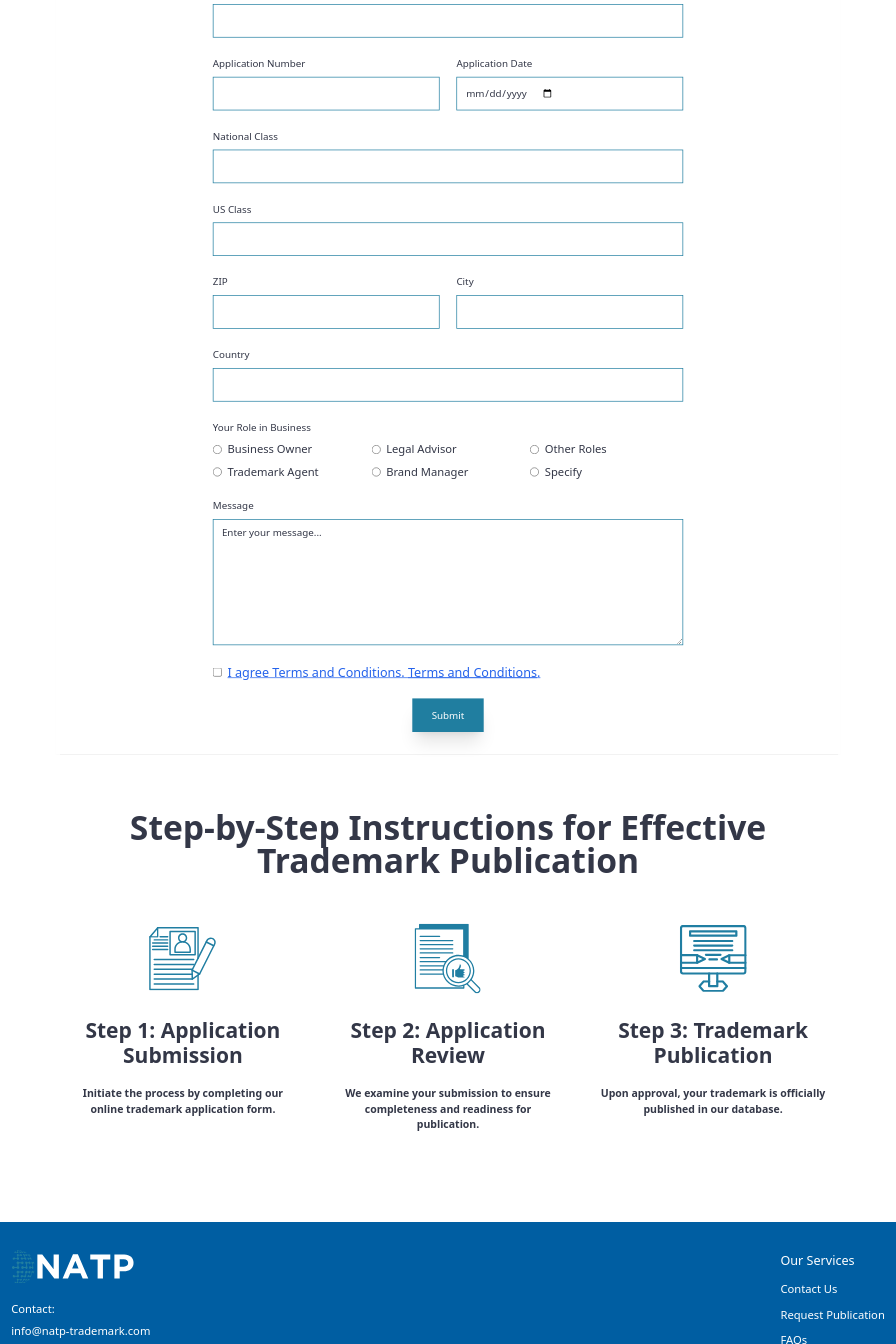
Repository: raushan22882917/natp-preview
Page: /apply
An editor plug-in stored every save of this project. The page is shown before and after the next save, followed by the edit.
The browser window is 1280 px wide. The pictures show the part of the page from y = 1254 to 3174 px (the page is 3341 px tall), at 70% of full size.
The project was rebuilt for these pictures with package versions that can differ from the ones it lists, and the page was loaded fresh each time. Also part of the build but not shown: vite.config.ts, src/components/ui/tooltip.tsx, src/components/Hero.tsx, src/hooks/use-hash-scroll.tsx, src/pages/Index.tsx, src/pages/About.tsx, src/components/TrademarkCard.tsx, src/pages/Search.tsx and 31 more.

Above is the page before, as saved 2025-05-10 23:52:09.

### index.html
<!DOCTYPE html>
<html lang="en">
  <head>
    <meta charset="UTF-8" />
    <meta name="viewport" content="width=device-width, initial-scale=1.0" />
    <title>NATP</title>
    <meta name="description" content="Trademark Publication and Registration Services" />
    <meta name="author" content="Trademark Publication" />
    <link rel="icon" type="image/png" href="/trade.png" />
    <link rel="apple-touch-icon" href="/trade.png" />

    <meta property="og:title" content="Trademark Publication" />
    <meta property="og:description" content="Trademark Publication and Registration Services" />
    <meta property="og:type" content="website" />
    <meta property="og:image" content="/images/og-image.png" />

    <meta name="twitter:card" content="summary_large_image" />
    <meta name="twitter:image" content="/images/og-image.png" />

    <!-- Start Single Page Apps for GitHub Pages -->
    <script type="text/javascript">
      // Single Page Apps for GitHub Pages/Vercel
      // MIT License
      // https://github.com/rafgraph/spa-github-pages
      (function(l) {
        if (l.search[1] === '/' ) {
          var decoded = l.search.slice(1).split('&').map(function(s) {
            return s.replace(/~and~/g, '&')
          }).join('?');
          window.history.replaceState(null, null,
              l.pathname.slice(0, -1) + decoded + l.hash
          );
        }
      }(window.location))
    </script>
    <!-- End Single Page Apps for GitHub Pages -->
  </head>

  <body>
    <div id="root"></div>
    <script type="module" src="/src/main.tsx"></script>
  </body>
</html>

### src/components/ui/toaster.tsx
import { useToast } from "@/hooks/use-toast"
import {
  Toast,
  ToastClose,
  ToastDescription,
  ToastProvider,
  ToastTitle,
  ToastViewport,
} from "@/components/ui/toast"

export function Toaster() {
  const { toasts } = useToast()

  return (
    <ToastProvider>
      {toasts.map(function ({ id, title, description, action, ...props }) {
        return (
          <Toast key={id} {...props}>
            <div className="grid gap-1">
              {title && <ToastTitle>{title}</ToastTitle>}
              {description && (
                <ToastDescription>{description}</ToastDescription>
              )}
            </div>
            {action}
            <ToastClose />
          </Toast>
        )
      })}
      <ToastViewport />
    </ToastProvider>
  )
}

### src/pages/Apply.tsx
import { useState } from "react";
import { Navbar } from "@/components/Navbar";
import { Input } from "@/components/ui/input";
import { Button } from "@/components/ui/button";
import { Checkbox } from "@/components/ui/checkbox";
import { Textarea } from "@/components/ui/textarea";
import { Label } from "@/components/ui/label";
import { handleApplicationSubmit } from "@/lib/form-handlers";
import { Footer } from "@/components/Footer";

export default function Apply() {
  const [formData, setFormData] = useState({
    first_name: "",
    last_name: "",
    email: "",
    phone: "",
    company: "",
    trademark: "",
    application_number: "",
    application_date: "",
    class: "",
    us_class: "",
    zip: "",
    city: "",
    country: "",
    role: "",
    message: "",
    agree: false,
  });

  const handleSubmit = async (e: React.FormEvent) => {
    e.preventDefault();
    if (await handleApplicationSubmit(formData)) {
      setFormData({
        first_name: "",
        last_name: "",
        email: "",
        phone: "",
        company: "",
        trademark: "",
        application_number: "",
        application_date: "",
        class: "",
        us_class: "",
        zip: "",
        city: "",
        country: "",
        role: "",
        message: "",
        agree: false,
      });
    }
  };

  return (
    <div className="min-h-screen">
      <Navbar />

      {/* Hero Section */}
      <div className=" min-h-[200px] flex items-center justify-center">
        <div className="text-center">
          <h1 className="text-3xl md:text-6xl font-semibold  mb-6 text-[#333747]">
          Application To Publish Your Trademark
          </h1>
          <p className="text-[20px] text-[#333747]">
          Submit your trademark to our exclusive database and enhance brand visibility today.
          </p>
        </div>
      </div>

      <div className="max-w-6xl mx-auto py-12 px-4">
        <div className="mb-12">

          <h2 className="text-5xl font-semibold mb-6 text-[#333747]">
          Strengthen Brand Visibility Through Trademark Publication
          </h2>
          <p className="text-[#333747] text-lg mb-10 font-semibold">
          The publication of a trademark is a key measure for establishing brand recognition and building credibility. By making your trademark publicly accessible, you position your brand for increased distinction within a competitive market environment.
          </p>
          <ul className="space-y-2">
            <li className="flex items-center gap-2">
              <div className="w-7 h-7 flex items-center justify-center">
                <img
                  src="/images/1.svg"
                  alt=""
                />
              </div>
              <span className="font-semibold text-[#333747]">
                Enhance recognition and strengthen your brand’s position in the market.
              </span>
            </li>
            <li className="flex items-center gap-2">
              <div className="w-7 h-7 flex items-center justify-center">
                <img
                  src="/images/1.svg"
                  alt=""
                />
              </div>
              <span className="font-semibold text-[#333747]">
              Enhance recognition and strengthen your brand’s position in the market.
              </span>
            </li>
            <li className="flex items-center gap-2">
              <div className="w-7 h-7 flex items-center justify-center">
                <img
                  src="/images/1.svg"
                  alt=""
                />
              </div>
              <span className="font-semibold text-[#333747]">
              Appeal to prospective clients by presenting a clearly defined and protected trademark.
              </span>
            </li>
          </ul>
        </div>

        <div className=" p-8 rounded-lg shadow-sm">
          <h3 className="text-4xl font-semibold mb-6 text-center text-[#333747]">
            Trademark Inquiry
          </h3>
          <p className="text-[#333747] mb-8 text-center text-xl">
          Please fill out the form to initiate your trademark publication request.
          </p>

          <form onSubmit={handleSubmit} className="max-w-2xl mx-auto space-y-6">
            <div className="grid md:grid-cols-2 gap-6">
              <div className="space-y-2">
                <Label htmlFor="firstName" className="text-[#333747]">
                  First Name
                </Label>
                <Input
                  id="firstName"
                  value={formData.first_name}
                  className="h-[48px] text-[#333747] border border-[#207ea0]"
                  onChange={(e) =>
                    setFormData((prev) => ({
                      ...prev,
                      first_name: e.target.value,
                    }))
                  }
                  required
                />
              </div>
              <div className="space-y-2">
                <Label htmlFor="lastName" className="text-[#333747]">
                  Last Name
                </Label>
                <Input
                  id="lastName"
                  className="h-[48px] text-[#333747] border border-[#207ea0]"
                  value={formData.last_name}
                  onChange={(e) =>
                    setFormData((prev) => ({
                      ...prev,
                      last_name: e.target.value,
                    }))
                  }
                  required
                />
              </div>
            </div>

            <div className="grid md:grid-cols-2 gap-6">
              <div className="space-y-2">
                <Label htmlFor="email" className="text-[#333747]">
                  Email
                </Label>
                <Input
                  id="email"
                  className="h-[48px] text-[#333747] border border-[#207ea0]"
                  type="email"
                  value={formData.email}
                  onChange={(e) =>
                    setFormData((prev) => ({ ...prev, email: e.target.value }))
                  }
                  required
                />
              </div>
              <div className="space-y-2">
                <Label htmlFor="phone" className="text-[#333747]">
                  Phone Number
                </Label>
                <Input
                  id="phone"
                  className="h-[48px] text-[#333747] border border-[#207ea0]"
                  type="tel"
                  value={formData.phone}
                  onChange={(e) =>
                    setFormData((prev) => ({ ...prev, phone: e.target.value }))
                  }
                  required
                />
              </div>
            </div>

            <div className="space-y-2">
              <Label htmlFor="company" className="text-[#333747]">
                Owner
              </Label>
              <Input
                id="company"
                className="h-[48px] text-[#333747] border border-[#207ea0]"
                value={formData.company}
                onChange={(e) =>
                  setFormData((prev) => ({ ...prev, company: e.target.value }))
                }
                required
              />
            </div>

            <div className="space-y-2">
              <Label htmlFor="trademark" className="text-[#333747]">
                Mark
              </Label>
              <Input
                id="trademark"
                className="h-[48px] text-[#333747] border border-[#207ea0]"
                value={formData.trademark}
                onChange={(e) =>
                  setFormData((prev) => ({
                    ...prev,
                    trademark: e.target.value,
                  }))
                }
                required
              />
            </div>

            <div className="grid md:grid-cols-2 gap-6">
              <div className="space-y-2">
                <Label htmlFor="application-number" className="text-[#333747]">
                  Application Number
                </Label>
                <Input
                  id="application-number"
                  className="h-[48px] text-[#333747] border border-[#207ea0]"
                  value={formData.application_number}
                  onChange={(e) =>
                    setFormData((prev) => ({
                      ...prev,
                      application_number: e.target.value,
                    }))
                  }
                />
              </div>
              <div className="space-y-2">
                <Label htmlFor="application-date" className="text-[#333747]">
                  Application Date
                </Label>
                <Input
                  id="application-date"
                  className="h-[48px] text-[#333747] border border-[#207ea0]"
                  type="date"
                  value={formData.application_date}
                  onChange={(e) =>
                    setFormData((prev) => ({
                      ...prev,
                      application_date: e.target.value,
                    }))
                  }
                />
              </div>
            </div>

            <div className="space-y-2">
              <Label htmlFor="class" className="text-[#333747]">
                National Class
              </Label>
              <Input
                id="class"
                className="h-[48px] text-[#333747] border border-[#207ea0]"
                value={formData.class}
                placeholder=""
                onChange={(e) =>
                  setFormData((prev) => ({ ...prev, class: e.target.value }))
                }
              />
            </div>

            <div className="space-y-2">
              <Label htmlFor="us_class" className="text-[#333747]">
                US Class
              </Label>
              <Input
                id="us_class"
                className="h-[48px] text-[#333747] border border-[#207ea0]"
                placeholder=""
                value={formData.us_class}
                onChange={(e) =>
                  setFormData((prev) => ({ ...prev, us_class: e.target.value }))
                }
              />
            </div>

            <div className="grid md:grid-cols-2 gap-6">
              <div className="space-y-2">
                <Label htmlFor="zip" className="text-[#333747]">
                  ZIP
                </Label>
                <Input
                  id="zip"
                  className="h-[48px] text-[#333747] border border-[#207ea0]"
                  value={formData.zip}
                  onChange={(e) =>
                    setFormData((prev) => ({ ...prev, zip: e.target.value }))
                  }
                />
              </div>
              <div className="space-y-2">
                <Label htmlFor="city" className="text-[#333747]">
                  City
                </Label>
                <Input
                  id="city"
                  value={formData.city}
                  className="h-[48px] text-[#333747] border border-[#207ea0]"
                  placeholder=""
                  onChange={(e) =>
                    setFormData((prev) => ({ ...prev, city: e.target.value }))
                  }
                />
              </div>
            </div>

            <div className="space-y-2">
              <Label htmlFor="country" className="text-[#333747]">
                Country
              </Label>
              <Input
                id="country"
                value={formData.country}
                className="h-[48px] text-[#333747] border border-[#207ea0]"
                onChange={(e) =>
                  setFormData((prev) => ({ ...prev, country: e.target.value }))
                }
              />
            </div>

            <div className="space-y-2">
              <Label className="text-[#333747]">Your Role in Business</Label>
              <div className="grid grid-cols-2 gap-2 md:grid-cols-3">
                {[
                  "Business Owner",
                  "Legal Advisor",
                  "Other Roles",
                  "Trademark Agent",
                  "Brand Manager",
                  "Specify",
                ].map((role) => (
                  <label
                    key={role}
                    className="flex items-center space-x-2 text-[#333747]">
                    <input
                      type="radio"
                      name="role"
                      value={role}
                      className="text-[#333747] "
                      checked={formData.role === role}
                      onChange={(e) =>
                        setFormData((prev) => ({ ...prev, role: e.target.value }))
                      }
                    />
                    <span>{role}</span>
                  </label>
                ))}
              </div>
            </div>

            <div className="space-y-2">
              <Label htmlFor="message" className="text-[#333747]">
                Message
              </Label>
              <Textarea
                id="message"
                className="h-[180px] text-[#333747] border border-[#207ea0]"
                placeholder="Enter your message..."
                value={formData.message}
                onChange={(e) =>
                  setFormData((prev) => ({ ...prev, message: e.target.value }))
                }
              />
            </div>

            <div className="flex items-center space-x-2">
              <input
                type="checkbox"
                id="agree"
                checked={formData.agree}
                onChange={(e) =>
                  setFormData((prev) => ({ ...prev, agree: e.target.checked }))
                }
              />
              <Label htmlFor="agree" className="font-normal text-lg text-blue-600 underline">
  I agree Terms and Conditions. <a href="/terms">Terms and Conditions</a>.
</Label>

              {/* <Label htmlFor="agree" className="font-normal text-lg text-[#333747]">I agree to the terms.</Label> */}
            </div>
            <div className="flex justify-center items-center">
              <Button type="submit" className=" bg-[#207ea0] text-white hover:bg-[#207ea0] px-7 py-6 shadow-xl">
                Submit
              </Button>
            </div>
          </form>
        </div>

        <section className="py-20">
          <div className="max-w-7xl mx-auto px-4 text-center">
            {/* Title */}
            <h2 className="text-3xl md:text-5xl font-semibold text-[#333747] mb-14 leading-snug text-center">
            Step-by-Step Instructions for Effective Trademark Publication
            </h2>

            {/* Values */}
            <div className="grid grid-cols-1 md:grid-cols-3 gap-12">
              {/* Item 1 */}
              <div className="flex flex-col items-center text-center">
                <img
                  src="/images/Step 1.svg"
                  alt="Professionalism Icon"
                  className="w-[120px] h-[120px] mb-6"
                />
                <h4 className="text-3xl font-semibold text-[#333747] mb-6">
                Step 1: Application Submission
                </h4>
                <p className="text-[#333747] font-semibold text-[15px]">
                Initiate the process by completing our online trademark application form.
                </p>
              </div>

              {/* Item 2 */}
              <div className="flex flex-col items-center text-center">
                <img
                  src="/images/Step 2.svg"
                  alt="Client-Centric Icon"
                  className="w-[120px] h-[120px] mb-6"
                />
                <h4 className="text-3xl font-semibold text-[#333747] mb-6">
                Step 2: Application Review
                </h4>
                <p className="text-[#333747] font-semibold text-[15px]">
                We examine your submission to ensure completeness and readiness for publication.
                </p>
              </div>

              {/* Item 3 */}
              <div className="flex flex-col items-center text-center">
                <img
                  src="/images/Step 3.svg"
                  alt="Improvement Icon"
                  className="w-[120px] h-[120px] mb-6"
                />
                <h4 className="text-3xl font-semibold text-[#333747] mb-6">
                Step 3: Trademark Publication
                </h4>
                <p className="text-[#333747] font-semibold text-[15px]">
                Upon approval, your trademark is officially published in our database.
                </p>
              </div>
            </div>
          </div>
        </section>
      </div>
      <Footer />
    </div>
  );
}

### src/components/ui/input.tsx
import * as React from "react"

import { cn } from "@/lib/utils"

const Input = React.forwardRef<HTMLInputElement, React.ComponentProps<"input">>(
  ({ className, type, ...props }, ref) => {
    return (
      <input
        type={type}
        className={cn(
          "flex h-10 w-full rounded-md border border-input bg-background px-3 py-2 text-base ring-offset-background file:border-0 file:bg-transparent file:text-sm file:font-medium file:text-foreground placeholder:text-muted-foreground focus-visible:outline-none focus-visible:ring-2 focus-visible:ring-ring focus-visible:ring-offset-2 disabled:cursor-not-allowed disabled:opacity-50 md:text-sm",
          className
        )}
        ref={ref}
        {...props}
      />
    )
  }
)
Input.displayName = "Input"

export { Input }

### src/integrations/supabase/client.ts
// This file is automatically generated. Do not edit it directly.
import { createClient } from '@supabase/supabase-js';
import type { Database } from './types';

const SUPABASE_URL = "https://koljfqumuugekkvmupcx.supabase.co";
const SUPABASE_PUBLISHABLE_KEY = "eyJhbGciOiJIUzI1NiIsInR5cCI6IkpXVCJ9.eyJpc3MiOiJzdXBhYmFzZSIsInJlZiI6ImtvbGpmcXVtdXVnZWtrdm11cGN4Iiwicm9sZSI6ImFub24iLCJpYXQiOjE3NDU2NDUxNTIsImV4cCI6MjA2MTIyMTE1Mn0.q_Ti5BMmR2LXbXDshiDIVzI6Ke7A7XIIEcrrj0AxdqI";

// Import the supabase client like this:
// import { supabase } from "@/integrations/supabase/client";

export const supabase = createClient<Database>(SUPABASE_URL, SUPABASE_PUBLISHABLE_KEY);

### src/components/ui/label.tsx
import * as React from "react"
import * as LabelPrimitive from "@radix-ui/react-label"
import { cva, type VariantProps } from "class-variance-authority"

import { cn } from "@/lib/utils"

const labelVariants = cva(
  "text-sm font-medium leading-none peer-disabled:cursor-not-allowed peer-disabled:opacity-70"
)

const Label = React.forwardRef<
  React.ElementRef<typeof LabelPrimitive.Root>,
  React.ComponentPropsWithoutRef<typeof LabelPrimitive.Root> &
    VariantProps<typeof labelVariants>
>(({ className, ...props }, ref) => (
  <LabelPrimitive.Root
    ref={ref}
    className={cn(labelVariants(), className)}
    {...props}
  />
))
Label.displayName = LabelPrimitive.Root.displayName

export { Label }

### src/components/ui/textarea.tsx
import * as React from "react"

import { cn } from "@/lib/utils"

export interface TextareaProps
  extends React.TextareaHTMLAttributes<HTMLTextAreaElement> {}

const Textarea = React.forwardRef<HTMLTextAreaElement, TextareaProps>(
  ({ className, ...props }, ref) => {
    return (
      <textarea
        className={cn(
          "flex min-h-[80px] w-full rounded-md border border-input bg-background px-3 py-2 text-sm ring-offset-background placeholder:text-muted-foreground focus-visible:outline-none focus-visible:ring-2 focus-visible:ring-ring focus-visible:ring-offset-2 disabled:cursor-not-allowed disabled:opacity-50",
          className
        )}
        ref={ref}
        {...props}
      />
    )
  }
)
Textarea.displayName = "Textarea"

export { Textarea }

Loaded but not shown: src/main.tsx (common file); src/hooks/use-toast.ts (common file); src/lib/utils.ts (common file); src/components/Navbar.tsx (231 lines, source omitted); src/components/ui/navigation-menu.tsx (128 lines, source omitted); src/components/ui/toast.tsx (127 lines, source omitted); src/components/ui/sheet.tsx (130 lines, source omitted); tailwind.config.ts (103 lines, source omitted); src/components/Footer.tsx (79 lines, source omitted); src/lib/form-handlers.ts (94 lines, source omitted); src/App.tsx (57 lines, source omitted); src/components/ui/button.tsx (56 lines, source omitted); src/index.css (68 lines, source omitted); src/components/ui/sonner.tsx (29 lines, source omitted)

After the next save:
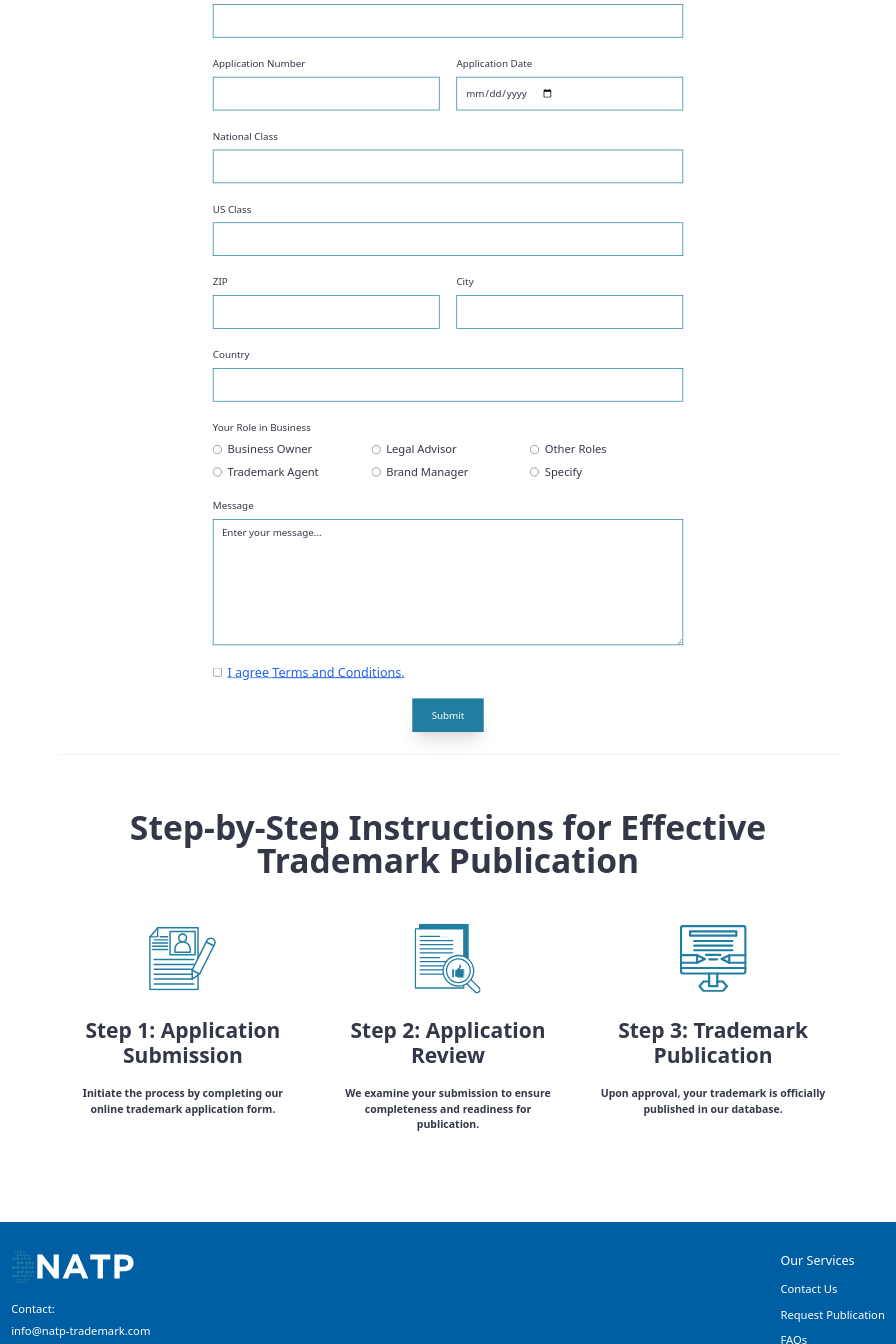
Saved 13 s later.
--- a/src/pages/Apply.tsx
+++ b/src/pages/Apply.tsx
@@ -391,7 +391,7 @@ export default function Apply() {
                 }
               />
               <Label htmlFor="agree" className="font-normal text-lg text-blue-600 underline">
-  I agree Terms and Conditions. <a href="/terms">Terms and Conditions</a>.
+  I agree <a href="/terms">Terms and Conditions</a>.
 </Label>
 
               {/* <Label htmlFor="agree" className="font-normal text-lg text-[#333747]">I agree to the terms.</Label> */}
